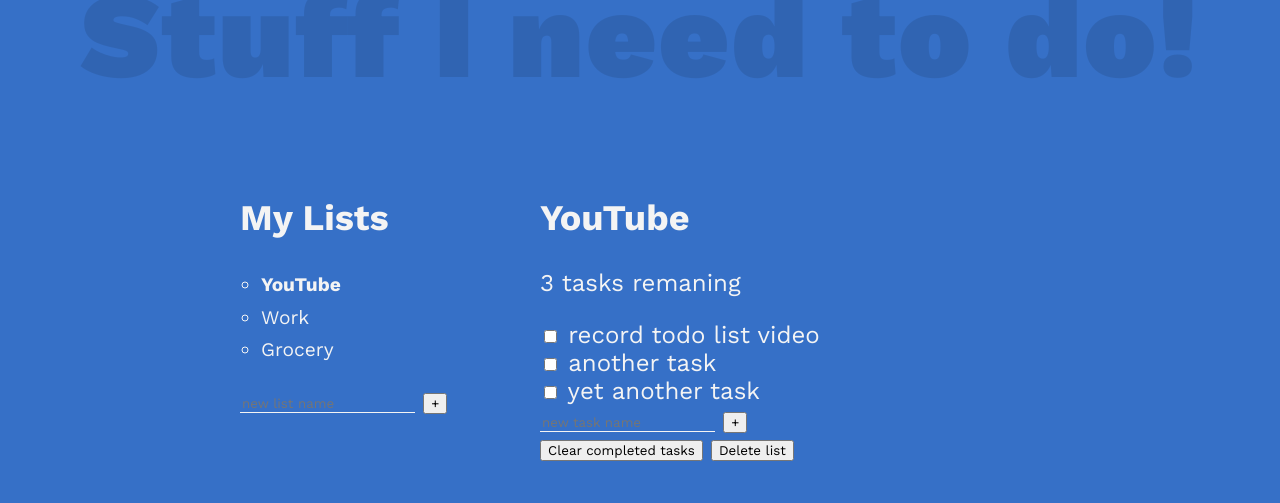
Repository: PratypartyY2K/JavaScript-Projects
Page: Better-ToDo-App/index.html
An editor plug-in stored every save of this project. The page is shown before and after the next save, followed by the edit.
The browser window is 1280 px wide. The pictures show the whole page.

Above is the page before, as saved 2021-07-06 00:36:48.

After the next save:
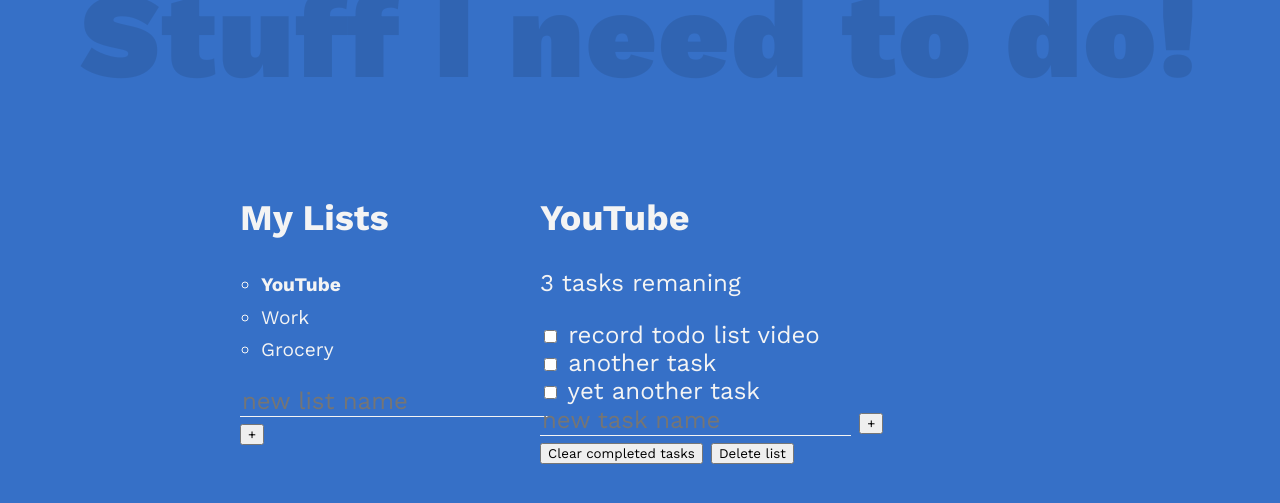
Saved 35 s later.
--- a/Better-ToDo-App/styles.css
+++ b/Better-ToDo-App/styles.css
@@ -55,6 +55,8 @@ body {
     border: 0;
     color: inherit;
     border-bottom: 1px solid currentColor;
+    font-size: inherit;
+    outline: none;
 }
 
 .active-list {
